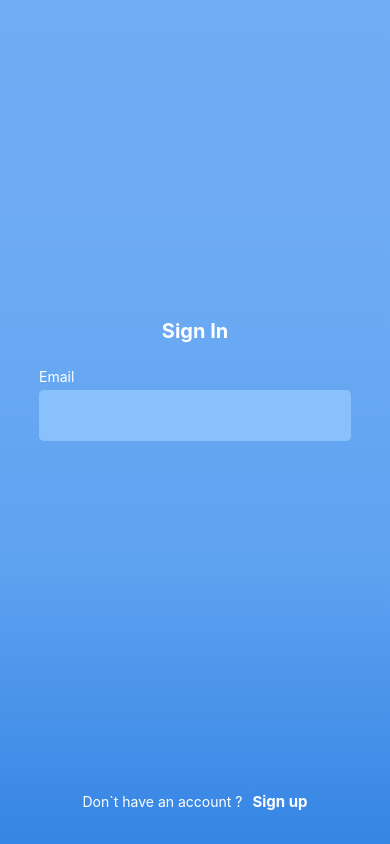
Repository: kamarajcalm/loginpage
Screen: /
The author's editor kept a copy of each file at every save. The screen is drawn from the files as they stood at one save, then again after the next save.
The app was drawn by React Native's web renderer in a window 390 px wide. The project was rebuilt for these pictures with package versions that can differ from the ones it lists, and the page was loaded fresh each time.

Above is the screen before, as saved 2021-12-26 00:03:04.

### App.js
import { StatusBar } from 'expo-status-bar';
import { StyleSheet, Text, View, TouchableOpacity, Dimensions } from 'react-native';
import { LinearGradient } from 'expo-linear-gradient';
const { height, width } = Dimensions.get("window")
export default function App() {
  return (
    <LinearGradient style={styles.container}
      colors={["#70ACF4", '#6CAAF3', "#5FA2F1", "#3585E4",]}
    >

      <StatusBar style="auto" />

      <View style={styles.content}>
        <View style={[styles.center]}>
          <Text style={[styles.text, { fontSize: 20, fontWeight: "bold" }]}>Sign In</Text>
        </View>

        <View style={[styles.textInputContainer]}>
          <View>
            <Text style={styles.text}>Email</Text>
          </View>
          <View style={[styles.textBox]}>
            <View>

            </View>
            <View>

            </View>
          </View>
        </View>
      </View>
      <View style={styles.footer}>
        <View>
          <Text style={styles.text}>Don`t have an account ?</Text>
        </View>
        <TouchableOpacity style={{ marginLeft: 10 }}>
          <Text style={[styles.textwithBold]}>Sign up</Text>
        </TouchableOpacity>
      </View>
    </LinearGradient>
  );
}

const styles = StyleSheet.create({
  container: {
    flex: 1,

  },
  textInputContainer: {
    paddingHorizontal: width * 0.1,
    marginTop: height * 0.03
  },
  center: {
    alignItems: "center",
    justifyContent: "center"
  },
  content: {
    flex: 0.9,
    justifyContent: "center"
  },
  footer: {
    flex: 0.1,
    flexDirection: "row",
    alignItems: "center",
    justifyContent: "center"
  },
  textBox: {
    height: height * 0.06,
    width: width * 0.8,
    flexDirection: "row",
    backgroundColor: "#89C1FD",
    marginTop: 5,
    borderRadius: 5
  },
  text: {
    color: "#fff"
  },
  textwithBold: {
    color: "#fff",
    fontWeight: "bold",
    fontSize: 15
  }
});

After the next save:
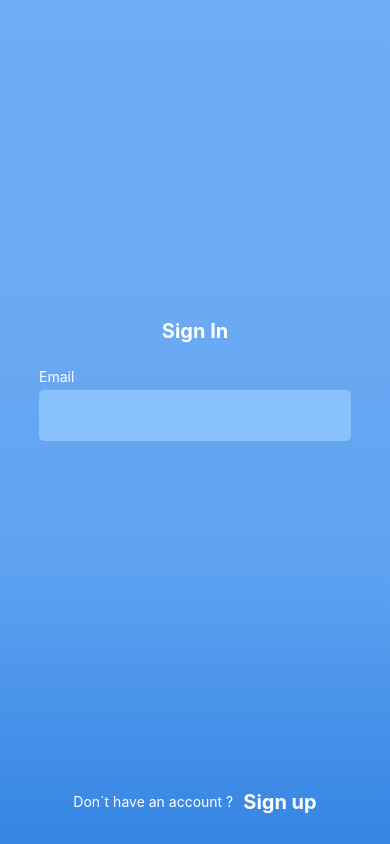
Saved 10 s later.
--- a/App.js
+++ b/App.js
@@ -78,6 +78,6 @@ const styles = StyleSheet.create({
   textwithBold: {
     color: "#fff",
     fontWeight: "bold",
-    fontSize: 15
+    fontSize: 20
   }
 });
